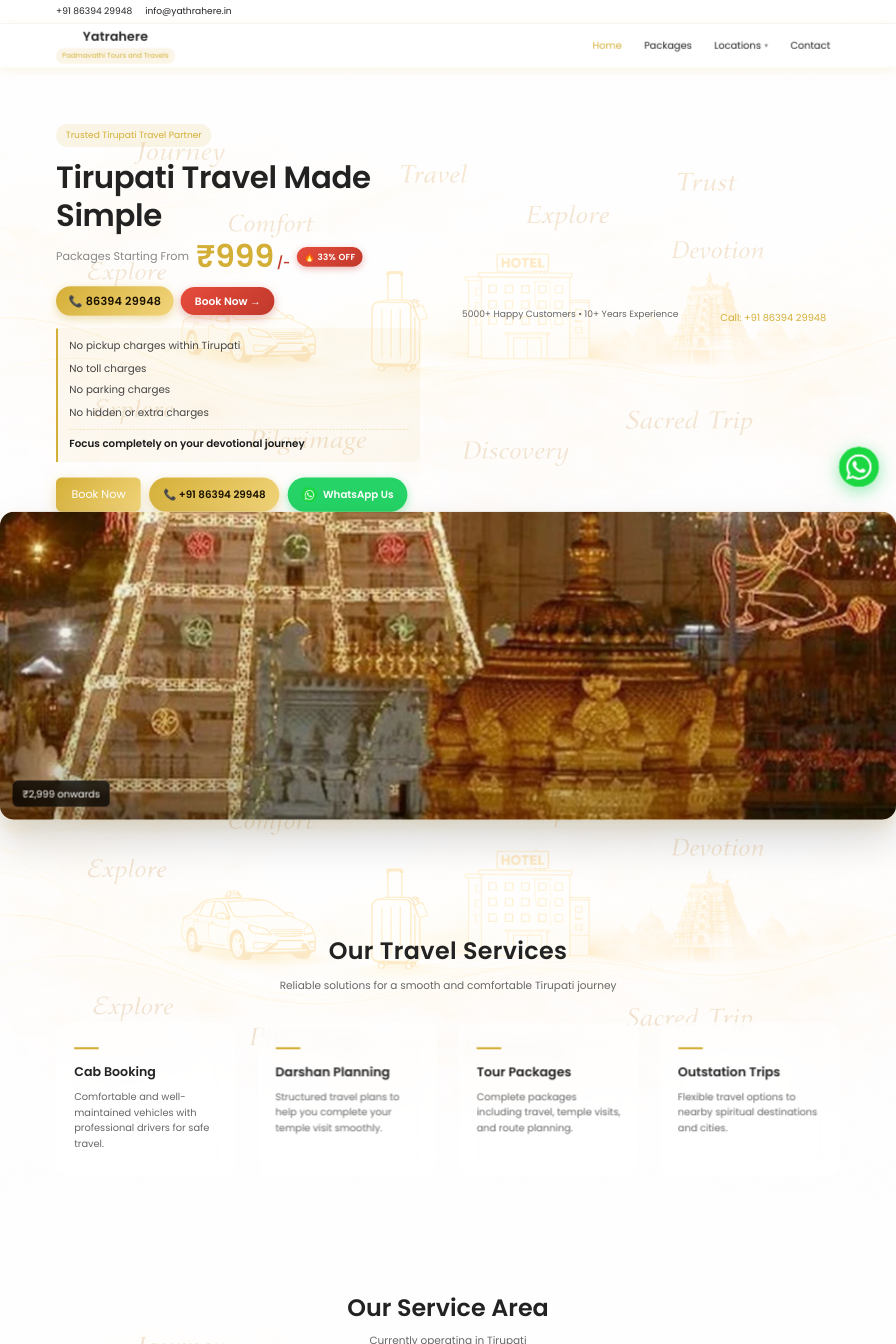
Repository: heytirupati/Bookingweb
Page: index.html
These files come from the project's save history. The page is drawn as it stood at one moment and after the next save; the edit follows.
The browser window is 1280 px wide. The pictures show the part of the page from y = 0 to 1920 px (the page is 5735 px tall before and 5361 px after), at 70% of full size.
Backgrounds fixed to the window are drawn as part of the page.

Above is the page before, as saved 2026-04-29 15:23:43.

### index.html
<!DOCTYPE html>
<html lang="en">
<head>
    <meta charset="UTF-8">
    <meta name="viewport" content="width=device-width, initial-scale=1.0">

    <title>Tirupati Packages & Cab Services | Yatrahere</title>
    <meta name="description" content="Affordable Tirupati darshan packages with reliable cab services, no hidden charges, and smooth travel planning. Book your Tirupati journey with Yatrahere.">
    <meta name="keywords" content="Tirupati packages, Tirumala darshan, Tirupati cab service, temple travel, Tirupati tours">

    <link href="https://fonts.googleapis.com/css2?family=Poppins:wght@300;400;600&display=swap" rel="stylesheet">
    <link rel="stylesheet" href="css/style.css">
</head>
<body>

<!-- TOP BAR -->
<section class="top-bar">
    <div class="container">
        <div class="top-left">
            <span>+91 86394 29948</span>
            <span>info@yathrahere.in</span>
        </div>
    </div>
</section>

<!-- NAVBAR -->
<header class="navbar">
    <div class="container">
        <div class="logo">
            <a href="index.html" class="logo-link">
                <h2>Yatrahere</h2>
                <div class="hero-badge nav-badge">
                    Padmavathi Tours and Travels
                </div>
            </a>
        </div>
        <div class="menu-toggle" id="menuToggle">☰</div>
        <nav class="nav-menu" id="navMenu">
            <ul>
                <li><a href="index.html" class="active">Home</a></li>
                <li><a href="tirupathi.html">Packages</a></li>

                <li class="has-dropdown">
                    <button class="nav-trigger">Locations <span class="nav-caret">▾</span></button>
                    <div class="nav-dropdown">
                        <a href="tirupathi.html">
                            <span class="nav-dropdown-text">
                                <strong>Tirupati</strong>
                                <span>Darshan · Packages</span>
                            </span>
                        </a>
                    </div>
                </li>

                <li><a href="index.html#contact">Contact</a></li>
            </ul>
        </nav>
    </div>
</header>

<!-- HERO -->
<section class="hero">
    <div class="container hero-container">

        <div class="hero-left">

            <div class="hero-badge">Trusted Tirupati Travel Partner</div>

            <h1>Tirupati Travel Made Simple</h1>

            <div class="hero-price-highlight">
    <div style="width:100%; display:flex; align-items:center; gap:10px; flex-wrap:wrap; margin-bottom:6px;">
        <span class="hero-price-from">Packages Starting From</span>
        <span class="hero-price-amount">₹999<span class="hero-price-only">/-</span></span>
        <span class="hero-discount-badge">🔥 33% OFF</span>
    </div>
    <div style="width:100%; display:flex; align-items:center; gap:10px; flex-wrap:wrap; margin-top:4px;">
        <a href="tel:+918639429948" class="hero-phone-pill">📞 86394 29948</a>
        <a href="booking.html" class="hero-book-now-pill">Book Now →</a>
    </div>
</div>

            <div class="hero-perks">
                <div class="hero-perk-item">
                    <span>No pickup charges within Tirupati</span>
                </div>
                <div class="hero-perk-item">
                    <span>No toll charges</span>
                </div>
                <div class="hero-perk-item">
                    <span>No parking charges</span>
                </div>
                <div class="hero-perk-item">
                    <span>No hidden or extra charges</span>
                </div>
                <div class="hero-perk-item hero-perk-highlight">
                    <span>Focus completely on your devotional journey</span>
                </div>
            </div>

            <div class="booking-contact-row">
                <a href="booking.html" class="btn btn-primary">Book Now</a>
                <a href="tel:+918639429948" class="booking-phone-pill">📞 +91 86394 29948</a>
                <a href="https://wa.me/918639429948" target="_blank" class="booking-wa-pill">
                    <img src="images/whatsapplogo.png" alt="WhatsApp" class="wa-btn-icon"> WhatsApp Us
                </a>
            </div>
            </div>

            <div class="hero-trust">5000+ Happy Customers • 10+ Years Experience</div>
            <div class="hero-call">Call: +91 86394 29948</div>
        </div>

        <div class="hero-right">
            <div class="carousel">
                <img src="images/t1.jpg" class="active" alt="Tirupati Temple">
                <img src="images/t2.jpg" alt="Tirupati Darshan">
                <img src="images/t3.jpg" alt="Tirupati Travel">
                <div class="hero-price">₹2,999 onwards</div>
            </div>
        </div>

    </div>
</section>

<!-- SERVICES -->
<section class="services">
    <div class="container">
        <div class="section-header">
            <h2 class="services-title">Our Travel Services</h2>
            <p class="section-subtext">Reliable solutions for a smooth and comfortable Tirupati journey</p>
        </div>
        <div class="service-cards">

            <div class="service-card">
                <div class="service-top-line"></div>
                <h3>Cab Booking</h3>
                <p>Comfortable and well-maintained vehicles with professional drivers for safe travel.</p>
            </div>

            <div class="service-card">
                <div class="service-top-line"></div>
                <h3>Darshan Planning</h3>
                <p>Structured travel plans to help you complete your temple visit smoothly.</p>
            </div>

            <div class="service-card">
                <div class="service-top-line"></div>
                <h3>Tour Packages</h3>
                <p>Complete packages including travel, temple visits, and route planning.</p>
            </div>

            <div class="service-card">
                <div class="service-top-line"></div>
                <h3>Outstation Trips</h3>
                <p>Flexible travel options to nearby spiritual destinations and cities.</p>
            </div>

        </div>
    </div>
</section>

<!-- LOCATIONS -->
<section class="locations" id="locations">
    <div class="container">
        <div class="section-header">
            <h2 class="locations-title">Our Service Area</h2>
            <p class="locations-subtext">Currently operating in Tirupati</p>
        </div>
        <div class="location-cards">
            <div class="location-card-rich">
                <div class="location-card-body">
                    <div class="location-card-icon"><img src="images/location.png" alt="Tirupati"></div>
                    <span class="location-offer-badge" style="display:inline-block;margin-bottom:10px;">🔥 33% OFF</span>
                    <h3>Tirupati</h3>
                    <p class="location-card-sub">Tirumala Venkateswara Swamy Temple</p>
                    <p class="location-card-desc">Experience the divine darshan of Lord Venkateswara — one of the most visited sacred shrines in the world. Hassle-free packages with no hidden charges.</p>
                    <div class="location-card-price">
                        <span class="location-old-price">₹1,499</span>
                        <span class="location-new-price">₹999/-</span>
                    </div>
                    <a href="tirupathi.html" class="btn btn-primary location-book-btn">Book Now — 33% Off</a>
                </div>
            </div>
        </div>
    </div>
</section>

<!-- POPULAR PACKAGES -->
<section class="packages" id="packages">
    <div class="container">
        <div class="section-header">
            <h2 class="packages-title">Popular Packages</h2>
            <p class="section-subtext">Choose from our most booked travel options</p>
        </div>

        <div class="package-cards" id="popularPackageCards"></div>

        <div style="text-align:center; margin-top:30px;">
            <a href="tirupathi.html#packages" class="btn btn-outline">View All Packages</a>
        </div>
    </div>
</section>

<!-- SPIRITUAL JOURNEY -->
<section class="spiritual-journey">
    <div class="container">
        <div class="section-header">
            <h2 class="spiritual-title">Spiritual Destinations</h2>
            <p class="spiritual-subtext">Sacred places known for devotion and inner peace</p>
        </div>

        <div class="spiritual-wrapper">
            <div class="spiritual-track">

                <div class="spiritual-item">
                    <div class="spiritual-image"><img src="images/tirumalatemple.png" alt="Tirupati Temple"></div>
                    <div class="spiritual-content">
                        <h3>Tirupati</h3>
                        <p>Home to the Tirumala Venkateswara Temple, one of the most visited pilgrimage sites known for divine blessings and spiritual significance.</p>
                    </div>
                </div>

                <div class="spiritual-item">
                    <div class="spiritual-image"><img src="images/tiruvannamalai.jpg" alt="Tiruvannamalai"></div>
                    <div class="spiritual-content">
                        <h3>Tiruvannamalai</h3>
                        <p>A sacred destination dedicated to Lord Shiva, known for the Arunachala hill and the spiritual practice of Girivalam.</p>
                    </div>
                </div>

            </div>
        </div>
    </div>
</section>

<!-- TESTIMONIALS -->
<section class="testimonials">
    <div class="container">
        <h2>Customer Reviews</h2>

        <div class="testimonial-wrapper">
            <div class="testimonial-track">

                <!-- ORIGINAL SET -->
                <div class="testimonial-card">
                    <p>Very smooth darshan experience with timely pickup and well-organized service.</p>
                    <h4>Ramesh Kumar</h4><span>Tirupati Package</span>
                </div>

                <div class="testimonial-card">
                    <p>Comfortable journey and excellent driver support throughout the trip.</p>
                    <h4>Suresh Reddy</h4><span>Tirumala Visit</span>
                </div>

                <div class="testimonial-card">
                    <p>Simple booking process and a peaceful travel experience. Highly recommended.</p>
                    <h4>Anita Sharma</h4><span>Complete Experience</span>
                </div>

                <div class="testimonial-card">
                    <p>Driver was polite and guided us properly for darshan. Hassle-free journey.</p>
                    <h4>Mahesh Babu</h4><span>Family Trip</span>
                </div>

                <div class="testimonial-card">
                    <p>Good pricing with no hidden charges. Everything was clearly explained.</p>
                    <h4>Priya Nair</h4><span>One Day Package</span>
                </div>

                <div class="testimonial-card">
                    <p>Vehicle was clean and comfortable. Perfect for elderly parents.</p>
                    <h4>Venkatesh Rao</h4><span>Senior Travel</span>
                </div>

                <div class="testimonial-card">
                    <p>On-time pickup and smooth coordination. Very professional service.</p>
                    <h4>Karthik Reddy</h4><span>Darshan Ride</span>
                </div>

                <div class="testimonial-card">
                    <p>Booking was super easy and support team responded quickly.</p>
                    <h4>Sneha Patel</h4><span>Online Booking</span>
                </div>

                <div class="testimonial-card">
                    <p>Best travel experience in Tirupati. Will definitely book again.</p>
                    <h4>Rahul Verma</h4><span>Repeat Customer</span>
                </div>

                <div class="testimonial-card">
                    <p>Well planned itinerary and smooth execution. Totally worth it.</p>
                    <h4>Divya Sharma</h4><span>2-Day Yatra</span>
                </div>


                <!-- DUPLICATE SET (FOR INFINITE LOOP) -->
                <div class="testimonial-card">
                    <p>Very smooth darshan experience with timely pickup and well-organized service.</p>
                    <h4>Ramesh Kumar</h4><span>Tirupati Package</span>
                </div>

                <div class="testimonial-card">
                    <p>Comfortable journey and excellent driver support throughout the trip.</p>
                    <h4>Suresh Reddy</h4><span>Tirumala Visit</span>
                </div>

                <div class="testimonial-card">
                    <p>Simple booking process and a peaceful travel experience. Highly recommended.</p>
                    <h4>Anita Sharma</h4><span>Complete Experience</span>
                </div>

                <div class="testimonial-card">
                    <p>Driver was polite and guided us properly for darshan. Hassle-free journey.</p>
                    <h4>Mahesh Babu</h4><span>Family Trip</span>
                </div>

                <div class="testimonial-card">
                    <p>Good pricing with no hidden charges. Everything was clearly explained.</p>
                    <h4>Priya Nair</h4><span>One Day Package</span>
                </div>

                <div class="testimonial-card">
                    <p>Vehicle was clean and comfortable. Perfect for elderly parents.</p>
                    <h4>Venkatesh Rao</h4><span>Senior Travel</span>
                </div>

                <div class="testimonial-card">
                    <p>On-time pickup and smooth coordination. Very professional service.</p>
                    <h4>Karthik Reddy</h4><span>Darshan Ride</span>
                </div>

                <div class="testimonial-card">
                    <p>Booking was super easy and support team responded quickly.</p>
                    <h4>Sneha Patel</h4><span>Online Booking</span>
                </div>

                <div class="testimonial-card">
                    <p>Best travel experience in Tirupati. Will definitely book again.</p>
                    <h4>Rahul Verma</h4><span>Repeat Customer</span>
                </div>

                <div class="testimonial-card">
                    <p>Well planned itinerary and smooth execution. Totally worth it.</p>
                    <h4>Divya Sharma</h4><span>2-Day Yatra</span>
                </div>

            </div>
        </div>
    </div>
</section>

<!-- CTA -->
<section class="cta">
    <div class="container">
        <div class="cta-box">
            <div class="cta-badge">🎉 Limited Time Offer — 33% OFF</div>
            <h2>Plan Your Tirupati Journey Today</h2>
            <p class="cta-subtext">Join 5000+ devotees who've trusted us for a peaceful, hassle-free darshan experience. No hidden charges. Professional drivers. Pure devotion.</p>
            <div class="cta-price-strip">
                <span class="cta-old">₹1,499</span>
                <span class="cta-new">₹999/-</span>
                <span class="cta-save">You save ₹500!</span>
            </div>
            <div class="cta-buttons">
                <a href="booking.html" class="btn btn-primary">🙏 Book Now</a>
                <a href="https://wa.me/918639429948" target="_blank" class="booking-wa-pill"><img src="images/whatsapplogo.png" alt="WhatsApp" class="wa-btn-icon"> WhatsApp Us</a>
            </div>
            <p class="cta-phone-line">Or call us directly: <a href="tel:+918639429948">+91 86394 29948</a></p>
        </div>
    </div>
</section>

<!-- FOOTER -->
<footer class="footer" id="contact">
    <div class="container">

        <div class="footer-col">
            <h3>Yatrahere</h3>
            <p>Reliable Tirupati travel services</p>
            <p class="footer-domain"><a href="https://yatra.in" target="_blank">yatra.in</a></p>
        </div>

        <div class="footer-col">
            <h4>Quick Links</h4>
            <ul>
                <li><a href="index.html">Home</a></li>
                <li><a href="#packages">Packages</a></li>
            </ul>
        </div>

        <div class="footer-col">
            <h4>Contact</h4>
            <p>+91 86394 29948</p>
            <p>info@yathrahere.in</p>
        </div>

    </div>

    <div class="footer-bottom">
        <p>Powered by <strong>Padmavathi Tours and Travels</strong></p>
    </div>
</footer>

<a href="https://wa.me/918639429948" class="whatsapp-float" target="_blank" aria-label="Chat on WhatsApp"><img src="images/whatsapplogo.png" alt="WhatsApp"></a>

<script src="js/packages-data.js"></script>
<script src="js/script.js"></script>

</body>
</html>

Loaded but not shown: js/script.js (638 lines, source omitted); js/Packages-data.js (482 lines, source omitted); css/style.css (1910 lines, source omitted)

After the next save:
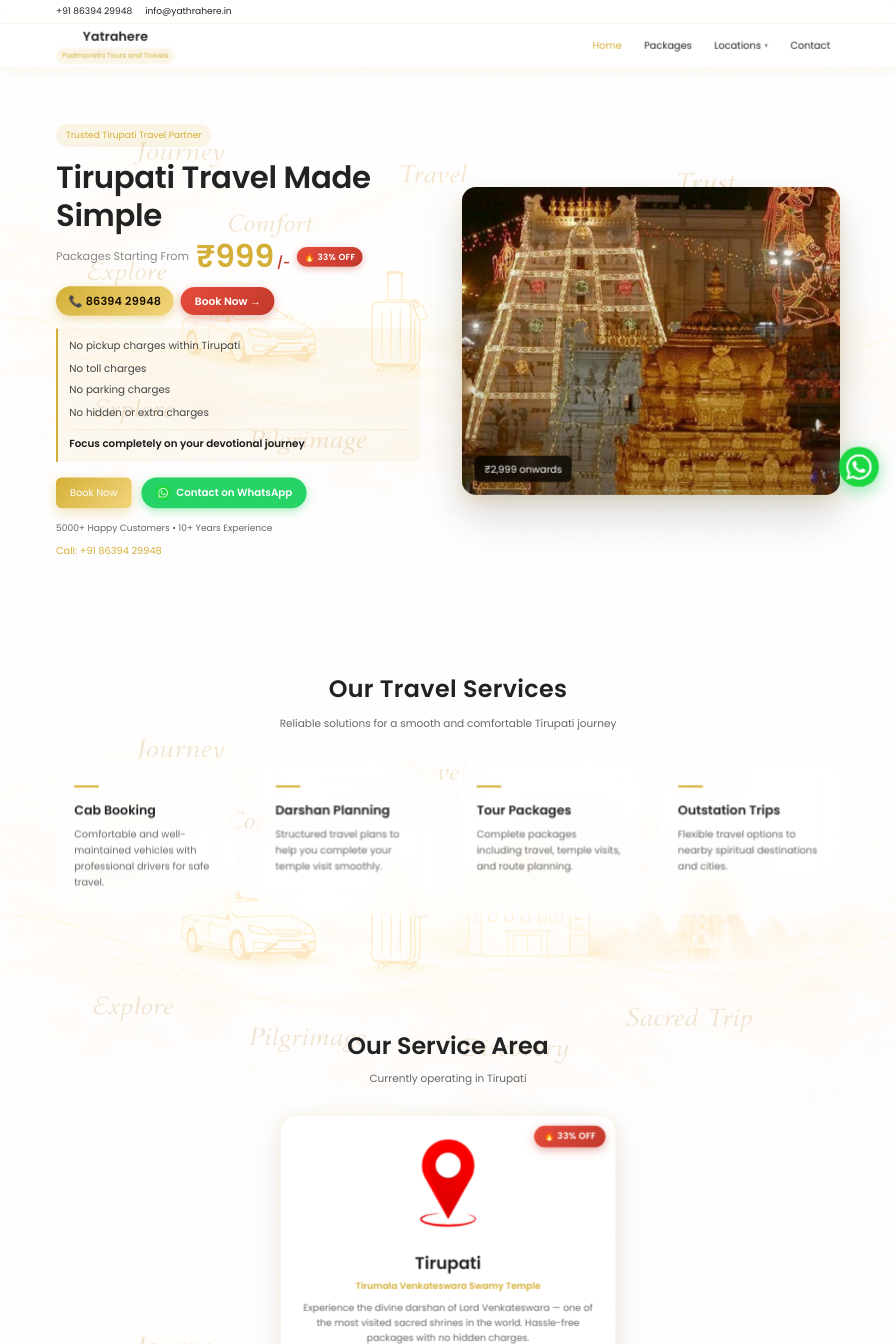
Saved 6 s later.
--- a/index.html
+++ b/index.html
@@ -98,13 +98,9 @@
                 </div>
             </div>
 
-            <div class="booking-contact-row">
+            <div class="hero-buttons">
                 <a href="booking.html" class="btn btn-primary">Book Now</a>
-                <a href="tel:+918639429948" class="booking-phone-pill">📞 +91 86394 29948</a>
-                <a href="https://wa.me/918639429948" target="_blank" class="booking-wa-pill">
-                    <img src="images/whatsapplogo.png" alt="WhatsApp" class="wa-btn-icon"> WhatsApp Us
-                </a>
-            </div>
+                <a href="https://wa.me/918639429948" target="_blank" class="booking-wa-pill"><img src="images/whatsapplogo.png" alt="WhatsApp" class="wa-btn-icon"> Contact on WhatsApp</a>
             </div>
 
             <div class="hero-trust">5000+ Happy Customers • 10+ Years Experience</div>
